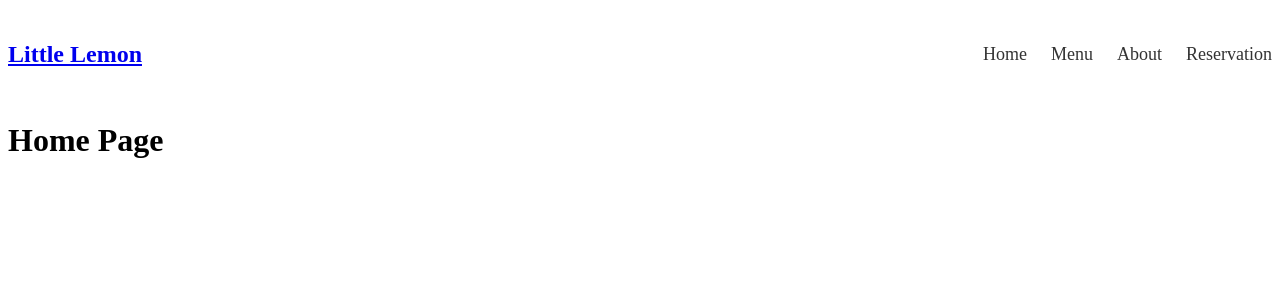
Repository: Yeshwanth-189/little-lemon
Page: / (app in little-lemon/)
The author's editor kept a copy of each file at every save. The page is drawn from the files as they stood at one save, then again after the next save.
The browser window is 1280 px wide. The pictures show the whole page.
The project was rebuilt for these pictures with package versions that can differ from the ones it lists, and the page was loaded fresh each time.

Above is the page before, as saved 2025-04-26 15:33:39.

### little-lemon/public/index.html
<!DOCTYPE html>
<html lang="en">
  <head>
    <meta charset="utf-8" />
    <link rel="icon" href="%PUBLIC_URL%/Logo.png" />
    <meta name="viewport" content="width=device-width, initial-scale=1" />
    <meta name="theme-color" content="#000000" />
    <meta
      name="description"
      content="Little Lemon is a family-run Mediterranean restaurant in Chicago, IL."
    />
    <meta name="og:image" content="%PUBLIC_URL%/Logo.png" />
    <meta name="og:title" content="Little-Lemon Restaurant" />
    <link rel="apple-touch-icon" href="%PUBLIC_URL%/Logo.png" />
    <!--
      manifest.json provides metadata used when your web app is installed on a
      user's mobile device or desktop. See https://developers.google.com/web/fundamentals/web-app-manifest/
    -->
    <link rel="manifest" href="%PUBLIC_URL%/manifest.json" />
    <!--
      Notice the use of %PUBLIC_URL% in the tags above.
      It will be replaced with the URL of the `public` folder during the build.
      Only files inside the `public` folder can be referenced from the HTML.

      Unlike "/favicon.ico" or "favicon.ico", "%PUBLIC_URL%/favicon.ico" will
      work correctly both with client-side routing and a non-root public URL.
      Learn how to configure a non-root public URL by running `npm run build`.
    -->
    <title>Little Lemon</title>
    <link rel="stylesheet" href="%PUBLIC_URL%/index.css" />
  </head>
  <body>
    <noscript>You need to enable JavaScript to run this app.</noscript>
    <div id="root"></div>
    <!--
      This HTML file is a template.
      If you open it directly in the browser, you will see an empty page.

      You can add webfonts, meta tags, or analytics to this file.
      The build step will place the bundled scripts into the <body> tag.

      To begin the development, run `npm start` or `yarn start`.
      To create a production bundle, use `npm run build` or `yarn build`.
    -->
  </body>
</html>

### little-lemon/src/App.js
import React from "react";
import { BrowserRouter as Router, Routes, Route } from "react-router-dom";
import Nav from "./components/Navigation/NavBar";

function Home() {
  return <h1>Home Page</h1>;
}

function Menu() {
  return <h1>Menu Page</h1>;
}

function About() {
  return <h1>About Page</h1>;
}

function Reservation() {
  return <h1>Reservation Page</h1>;
}

function App() {
  return (
    <Router>
      <Nav />
      <Routes>
        <Route path="/" element={<Home />} />
        <Route path="/menu" element={<Menu />} />
        <Route path="/about" element={<About />} />
        <Route path="/reservation" element={<Reservation />} />
      </Routes>
    </Router>
  );
}

export default App;

### little-lemon/src/components/Navigation/NavBar.jsx
import React from "react";
import { Link } from "react-router-dom";
import "./NavBar.css";

function Nav() {
  return (
    <nav className="nav-container">
      <div className="logo">
        <Link to="/">Little Lemon</Link>
      </div>
      <ul className="nav-links">
        <li>
          <Link to="/">Home</Link>
        </li>
        <li>
          <Link to="/menu">Menu</Link>
        </li>
        <li>
          <Link to="/about">About</Link>
        </li>
        <li>
          <Link to="/reservation">Reservation</Link>
        </li>
      </ul>
    </nav>
  );
}

export default Nav;

### little-lemon/src/components/Navigation/NavBar.css
.nav-container {
  grid-column: 1 / span 12; /* Span across full width of the grid */
  display: flex;
  justify-content: space-between;
  align-items: center;
  padding: 20px 0;
  background-color: white; /* Match your design */
  position: sticky;
  top: 0;
  z-index: 10; /* Stay on top while scrolling */
}

.logo {
  font-size: 24px;
  font-weight: bold;
  color: #495e57; /* Dark green like Little Lemon style */
}

.nav-links {
  list-style: none;
  display: flex;
  gap: 24px;
}

.nav-links li a {
  text-decoration: none;
  color: #333;
  font-size: 18px;
  font-weight: 500;
}

.nav-links li a:hover {
  color: #f4ce14; /* Highlight on hover (yellowish) */
}

### little-lemon/src/index.css
/* Base container for grid layout */
.container {
  display: grid;
  grid-template-columns: repeat(12, 1fr); /* 12 columns for desktop */
  gap: 8px; /* small gap between columns */
  padding: 20px;
}

/* Each column item */
.column {
  background-color: lightblue;
  border: 1px solid #ccc;
  min-height: 100px; /* just to see the box */
  display: flex;
  align-items: center;
  justify-content: center;
  font-weight: bold;
}

/* Mobile view: 4 columns */
@media (max-width: 768px) {
  .container {
    grid-template-columns: repeat(4, 1fr); /* 4 columns for mobile */
  }
}

Loaded but not shown: little-lemon/src/index.js (common file); little-lemon/src/reportWebVitals.js (common file); little-lemon/public/index.css (common file)

After the next save:
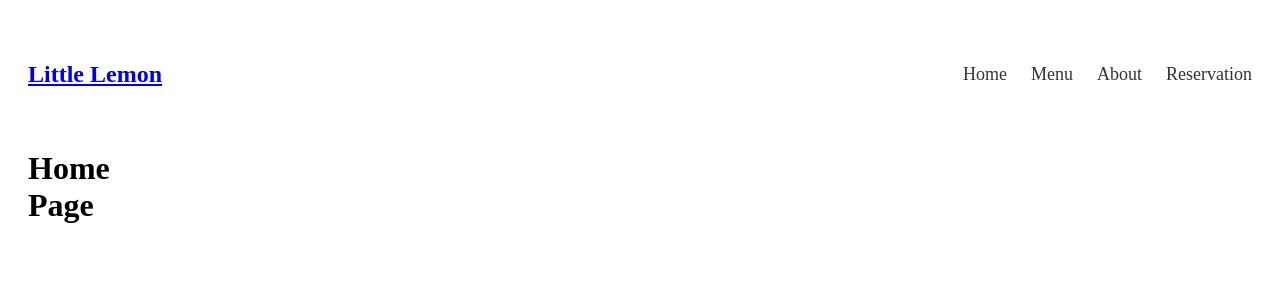
Saved 47 s later.
--- a/little-lemon/src/App.js
+++ b/little-lemon/src/App.js
@@ -20,15 +20,17 @@ function Reservation() {
 
 function App() {
   return (
-    <Router>
-      <Nav />
-      <Routes>
-        <Route path="/" element={<Home />} />
-        <Route path="/menu" element={<Menu />} />
-        <Route path="/about" element={<About />} />
-        <Route path="/reservation" element={<Reservation />} />
-      </Routes>
-    </Router>
+    <div className="container">
+      <Router>
+        <Nav />
+        <Routes>
+          <Route path="/" element={<Home />} />
+          <Route path="/menu" element={<Menu />} />
+          <Route path="/about" element={<About />} />
+          <Route path="/reservation" element={<Reservation />} />
+        </Routes>
+      </Router>
+    </div>
   );
 }
 
